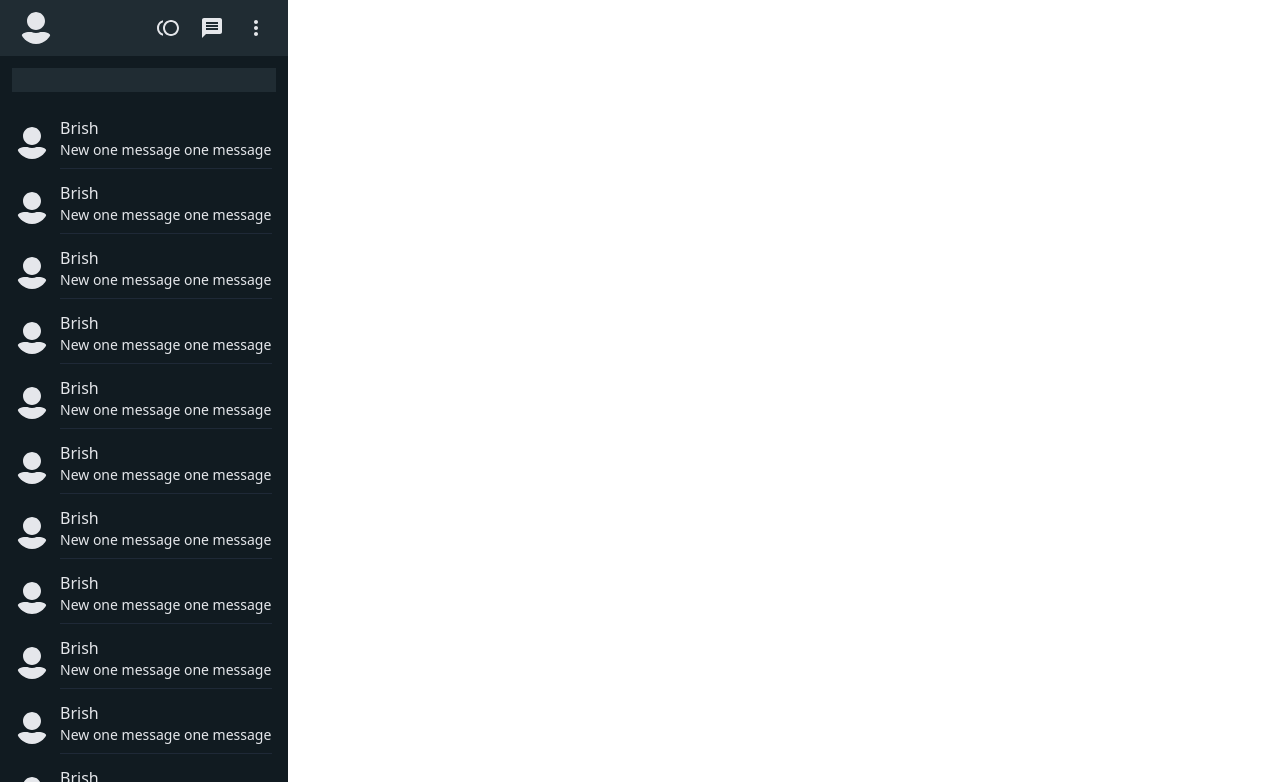
Repository: satya-ranjon/whatsapp-clone-dev
Page: /
These files come from the project's save history. The page is drawn as it stood at one moment and after a run of saves; the edit follows.
The browser window is 1280 px wide. The pictures show the whole page.
The project was rebuilt for these pictures with package versions that can differ from the ones it lists, and the page was loaded fresh each time.

Above is the page before, as saved 2022-04-09 06:38:02.

After the next 2 saves:
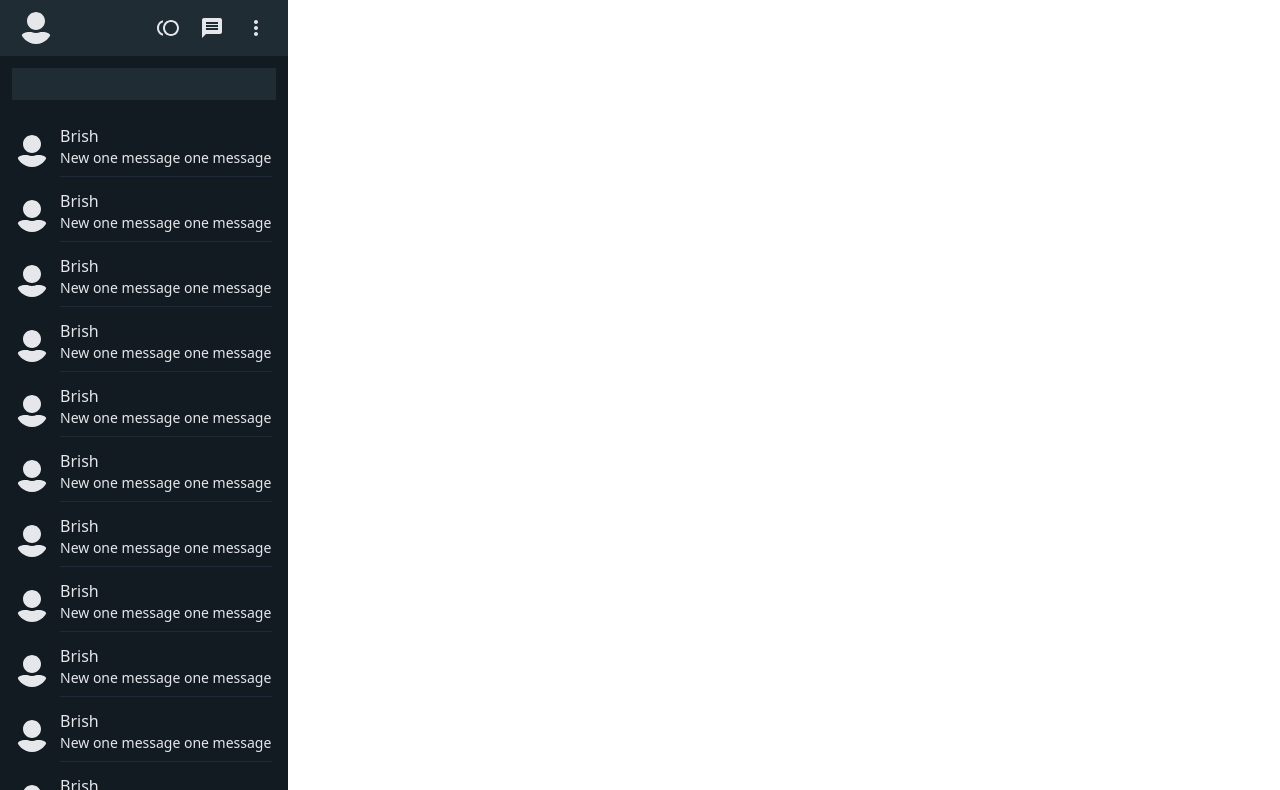
The 2 saves are shown as one change because they came seconds apart.
The last was saved 7 s later.
--- a/src/Components/SideBarUseList.jsx
+++ b/src/Components/SideBarUseList.jsx
@@ -12,7 +12,7 @@ export default function SideBarUseList() {
   return (
     <>
       <div className="bg-[#111b21] flex justify-center p-3">
-        <input type="text" className="bg-[#202c33] w-full" />
+        <input type="text" className="bg-[#202c33] w-full p-1" />
       </div>
       <div className="bg-[#111b21] overflow-y-scroll scroll-my-1 h-[94.1vh] scrollbar scrollbar-thumb-gray-400 scrollbar-thin text-gray-200 duration-500 transition-all">
         {array.map((i, index) => (
